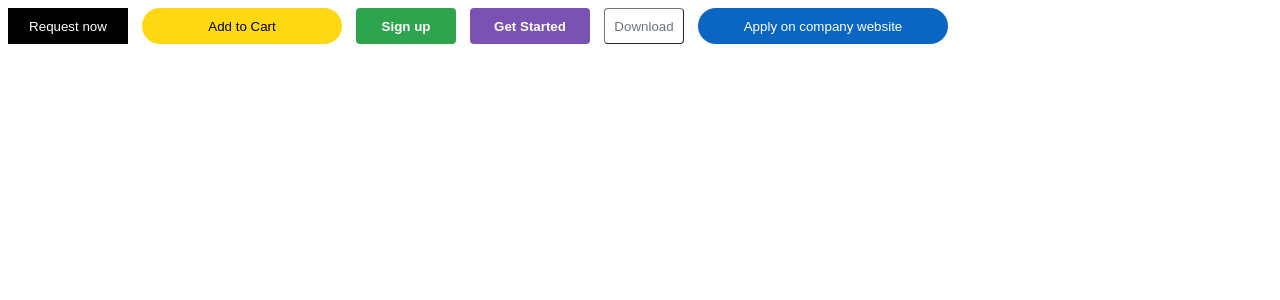
Repository: Kurumilli/Youtube
Page: Exercise2.html
The author's editor kept a copy of each file at every save. The page is drawn from the files as they stood at one save, then again after the next save.
The browser window is 1280 px wide. The pictures show the whole page.

Above is the page before, as saved 2025-01-23 20:50:34.

After the next save:
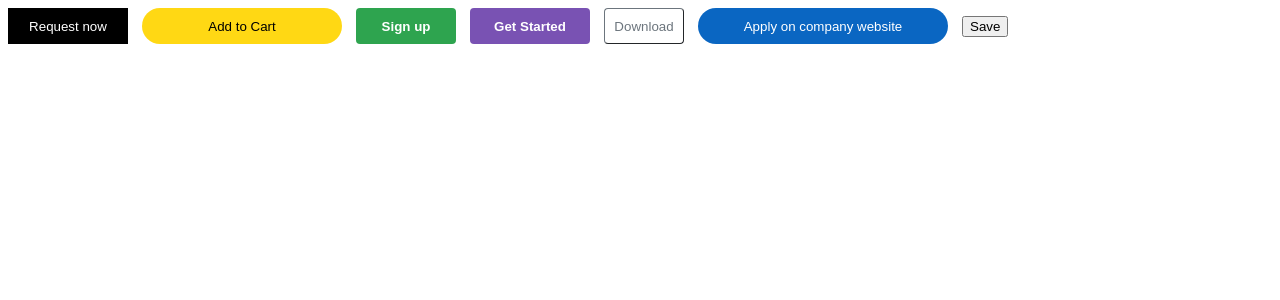
Saved 2 min 34 s later.
--- a/Exercise2.html
+++ b/Exercise2.html
@@ -66,6 +66,17 @@
                 border: none;
                 cursor: pointer;
                 border-radius: 18px;
+                margin-right: 10px;
+            }
+
+            .button{
+                background-color: white;
+                color:rgb(10,102,194);
+                border: 1px;
+                height: 36px;
+                width: 80px;
+                cursor: pointer;
+                border-radius: 16px;
 
             }
         </style>
@@ -93,5 +104,9 @@
         <button class="linkedin">
             Apply on company website
         </button>
+
+        <button>
+            Save
+        </button>
     </body>
 </html>
